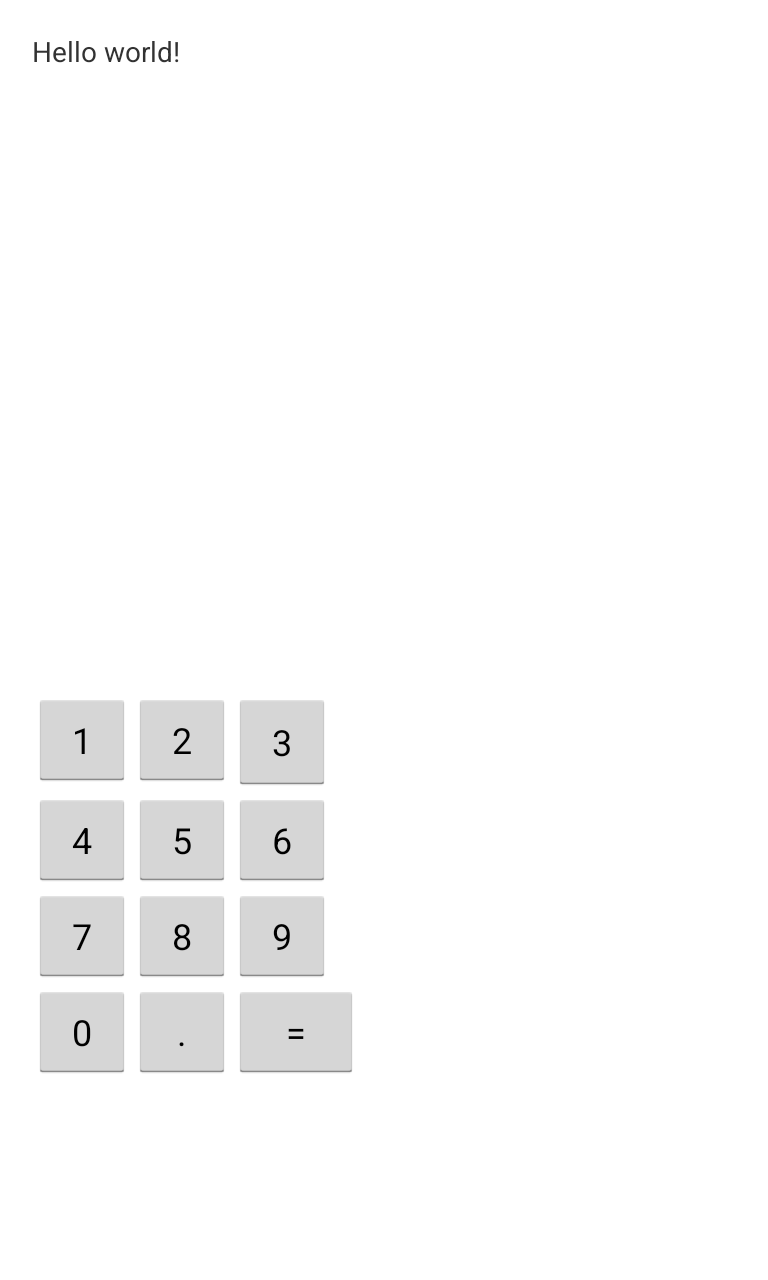
Repository: freelancer-dorian/exerciseAndroid
Layout: 05-20-UIBasic/Layout/res/layout/fragment_main.xml
The author's editor kept a copy of each file at every save. The layout is drawn from the files as they stood at one save, then again after the next save.
It is drawn on a 768 x 1280 px phone screen (xhdpi) without system bars, with theme AppTheme; the app's code is not run.

Above is the layout before, as saved 2014-05-22 07:35:15.

### 05-20-UIBasic/Layout/res/layout/fragment_main.xml
<RelativeLayout xmlns:android="http://schemas.android.com/apk/res/android"
    xmlns:tools="http://schemas.android.com/tools"
    android:layout_width="match_parent"
    android:layout_height="match_parent"
    android:paddingBottom="@dimen/activity_vertical_margin"
    android:paddingLeft="@dimen/activity_horizontal_margin"
    android:paddingRight="@dimen/activity_horizontal_margin"
    android:paddingTop="@dimen/activity_vertical_margin"
    tools:context="com.dorian.layout.MainActivity$PlaceholderFragment" >

    <TextView
        android:id="@+id/textView1"
        android:layout_width="wrap_content"
        android:layout_height="wrap_content"
        android:text="@string/hello_world" />

    <GridLayout
        android:id="@+id/gridLayout1"
        android:layout_width="wrap_content"
        android:layout_height="wrap_content"
        android:layout_alignLeft="@+id/textView1"
        android:layout_alignParentBottom="true"
        android:layout_marginBottom="84dp"
        android:columnCount="3"
        android:rowCount="4" >

        <Button
            android:id="@+id/Button01"
            android:layout_width="50dp"
            android:layout_height="match_parent"
            android:text="@string/number1_buttons" />

        <Button
            android:id="@+id/Button02"
            android:layout_width="50dp"
            android:layout_height="match_parent"
            android:text="@string/number2_buttons" />

        <Button
            android:id="@+id/Button04"
            android:layout_width="50dp"
            android:layout_height="match_parent"
            android:layout_column="0"
            android:layout_gravity="left|top"
            android:layout_row="1"
            android:text="@string/number4_buttons" />

        <Button
            android:id="@+id/Button03"
            android:layout_width="50dp"
            android:layout_height="match_parent"
            android:layout_column="2"
            android:layout_gravity="left|top"
            android:layout_row="0"
            android:height="50dp"
            android:text="@string/number3_buttons"
            android:width="50dp" />

        <Button
            android:id="@+id/Button07"
            android:layout_width="50dp"
            android:layout_height="match_parent"
            android:layout_column="0"
            android:layout_gravity="left|top"
            android:layout_row="2"
            android:text="@string/number7_buttons" />

        <Button
            android:id="@+id/Button05"
            android:layout_width="50dp"
            android:layout_height="match_parent"
            android:layout_column="1"
            android:layout_gravity="left|top"
            android:layout_row="1"
            android:text="@string/number5_buttons" />

        <Button
            android:id="@+id/Button06"
            android:layout_width="50dp"
            android:layout_height="match_parent"
            android:layout_column="2"
            android:layout_gravity="left|top"
            android:layout_row="1"
            android:text="@string/number6_buttons" />

        <Button
            android:id="@+id/Button08"
            android:layout_width="50dp"
            android:layout_height="match_parent"
            android:layout_column="1"
            android:layout_gravity="left|top"
            android:layout_row="2"
            android:text="@string/number8_buttons" />

        <Button
            android:id="@+id/Button09"
            android:layout_width="50dp"
            android:layout_height="match_parent"
            android:layout_column="2"
            android:layout_gravity="left|top"
            android:layout_row="2"
            android:text="@string/number9_buttons" />

        <Button
            android:id="@+id/Button00"
            android:layout_width="50dp"
            android:layout_height="match_parent"
            android:layout_column="0"
            android:layout_gravity="left|top"
            android:layout_row="3"
            android:text="@string/number0_buttons" />

        <Button
            android:id="@+id/ButtonDot"
            android:layout_width="50dp"
            android:layout_height="match_parent"
            android:layout_column="1"
            android:layout_gravity="left|top"
            android:layout_row="3"
            android:text="@string/dot_button" />

        <Button
            android:id="@+id/ButtonEqual"
            android:layout_column="2"
            android:layout_gravity="left|top"
            android:layout_row="3"
            android:text="@string/equal_button" />

    </GridLayout>

    <LinearLayout
        android:layout_width="wrap_content"
        android:layout_height="wrap_content"
        android:layout_alignTop="@+id/gridLayout1"
        android:layout_toRightOf="@+id/gridLayout1"
        android:orientation="vertical" >
    </LinearLayout>

</RelativeLayout>

### 05-20-UIBasic/Layout/res/values/strings.xml
<?xml version="1.0" encoding="utf-8"?>
<resources>

    <string name="app_name">Layout</string>
    <string name="hello_world">Hello world!</string>
    <string name="action_settings">Settings</string>

	<string name="number0_buttons">0</string>
    <string name="number1_buttons">1</string>
    <string name="number2_buttons">2</string>
    <string name="number3_buttons">3</string>
    <string name="number4_buttons">4</string>
    <string name="number5_buttons">5</string>
    <string name="number6_buttons">6</string>
    <string name="number7_buttons">7</string>
    <string name="number8_buttons">8</string>
    <string name="number9_buttons">9</string>
    <string name="dot_button">.</string>
    <string name="equal_button">=</string>

</resources>

Loaded but not shown: 05-20-UIBasic/Layout/res/values/styles.xml (common file); 05-20-UIBasic/Layout/res/values-v11/styles.xml (common file); 05-20-UIBasic/Layout/res/values-v14/styles.xml (common file); 05-20-UIBasic/Layout/res/values/dimens.xml (common file); 05-20-UIBasic/Layout/res/values-w820dp/dimens.xml (common file)

After the next save:
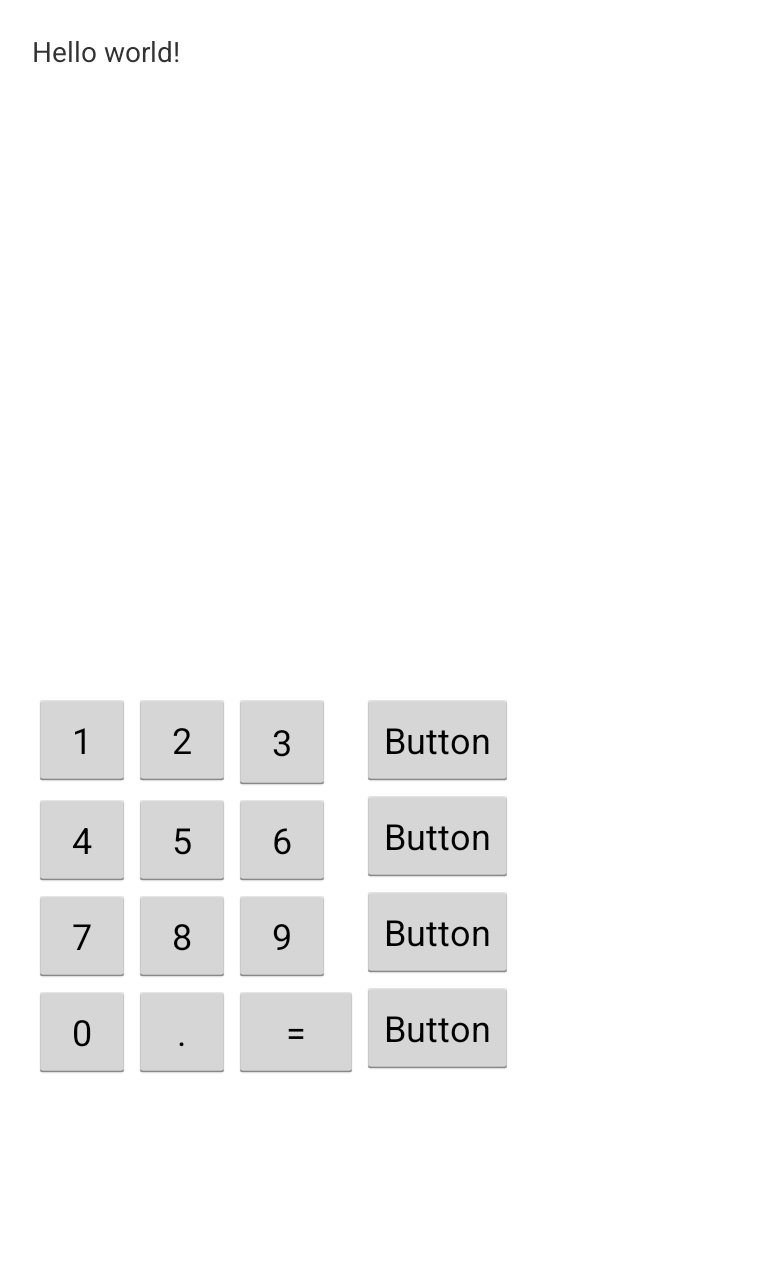
Saved 2 min 11 s later.
--- a/05-20-UIBasic/Layout/res/layout/fragment_main.xml
+++ b/05-20-UIBasic/Layout/res/layout/fragment_main.xml
@@ -131,9 +131,35 @@
     <LinearLayout
         android:layout_width="wrap_content"
         android:layout_height="wrap_content"
+        android:layout_alignBottom="@+id/gridLayout1"
         android:layout_alignTop="@+id/gridLayout1"
         android:layout_toRightOf="@+id/gridLayout1"
         android:orientation="vertical" >
+
+        <Button
+            android:id="@+id/add"
+            android:layout_width="wrap_content"
+            android:layout_height="wrap_content"
+            android:text="Button" />
+
+        <Button
+            android:id="@+id/minus"
+            android:layout_width="wrap_content"
+            android:layout_height="wrap_content"
+            android:text="Button" />
+
+        <Button
+            android:id="@+id/multiply"
+            android:layout_width="wrap_content"
+            android:layout_height="wrap_content"
+            android:text="Button" />
+
+        <Button
+            android:id="@+id/divide"
+            android:layout_width="wrap_content"
+            android:layout_height="wrap_content"
+            android:text="Button" />
+
     </LinearLayout>
 
 </RelativeLayout>
